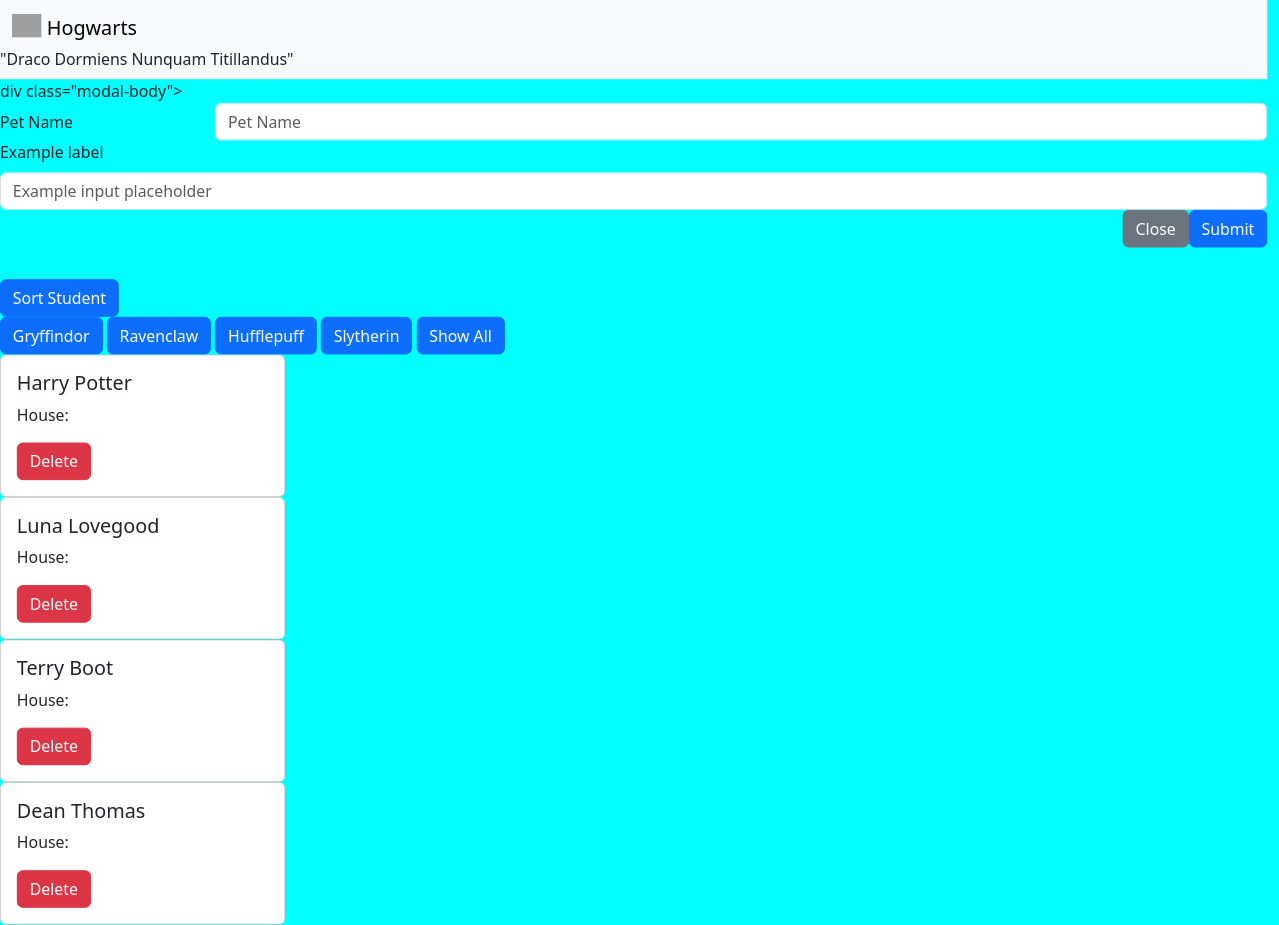
Repository: Drumstrum88/sorting-hat
Page: index.html
The author's editor kept a copy of each file at every save. The page is drawn from the files as they stood at one save, then again after the next save.
The browser window is 1280 px wide. The page is 1292 px wide, so the pictures cover 1292 px, including what lies to the right of the window. The pictures show the whole page, at 99% of full size.
Pictures or frames that could not be fetched are drawn as grey boxes.

Above is the page before, as saved 2023-04-29 12:37:03.
Console error: ReferenceError: grifBtn is not defined

After the next save:
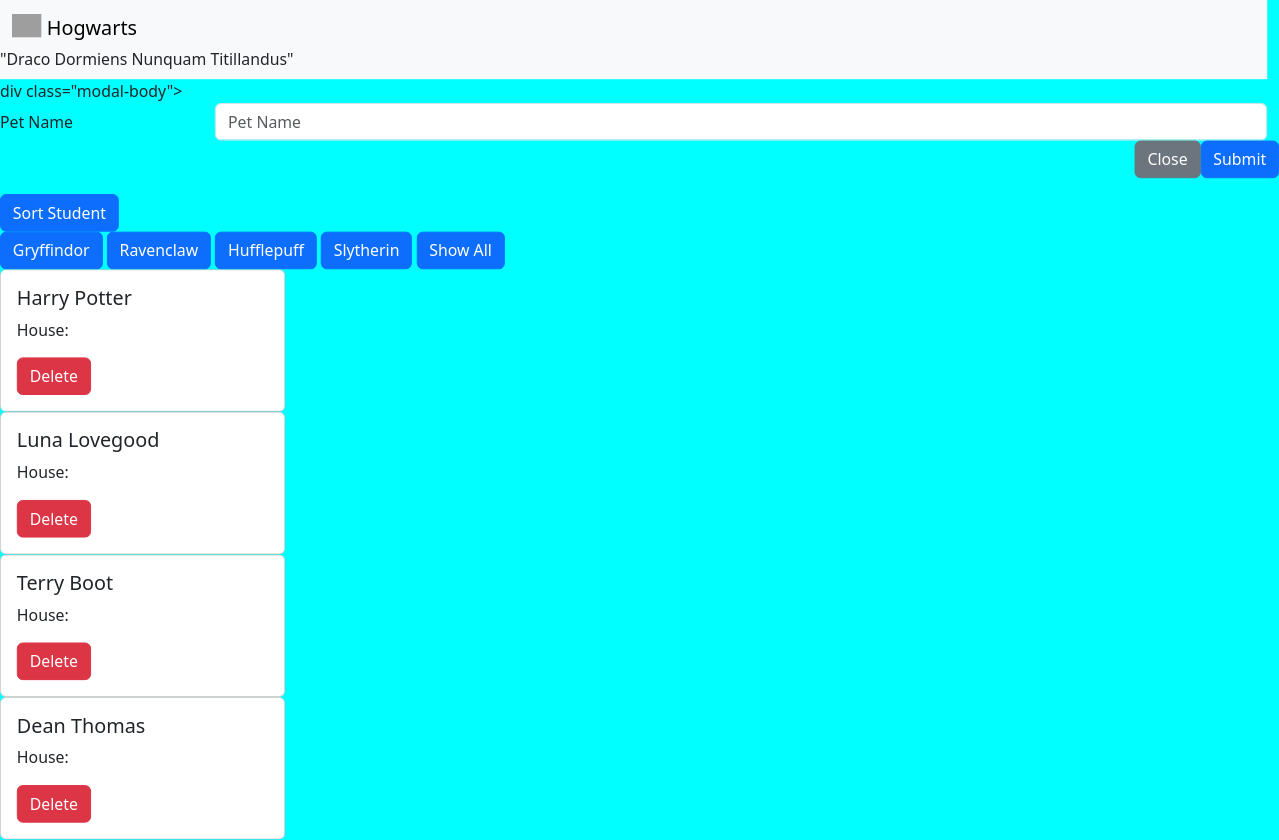
Saved 38 s later.
--- a/index.html
+++ b/index.html
@@ -29,9 +29,7 @@
       <div class="col-sm-10">
         <input type="text" class="form-control" id="name" placeholder="Pet Name">
       </div>
-   <div class="mb-3">
-    <label for="formGroupExampleInput" class="form-label">Example label</label>
-    <input type="text" class="form-control" id="formGroupExampleInput" placeholder="Example input placeholder">
+
     <div class="modal-footer">
       <button type="button" class="btn btn-secondary" data-bs-dismiss="modal">Close</button>
       <button type="submit" class="btn btn-primary" id="submit">Submit</button>
